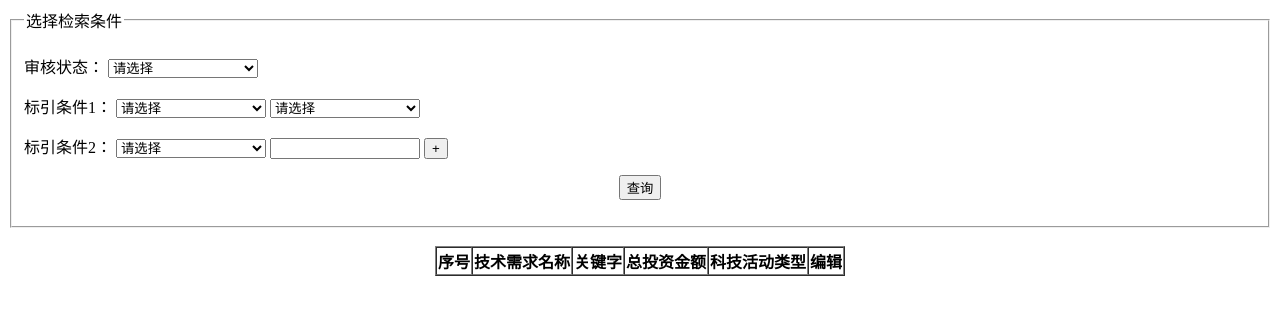
Repository: ZhangZuoxiu/homework
Page: http://localhost/HebeiZhongdaxuqiu/Need/NeedSearch.jsp
An editor plug-in stored every save of this project. The page is shown before and after the next save, followed by the edit.
The browser window is 1280 px wide. The pictures show the whole page.
The page is served by Tomcat 9. Nobody is signed in. The application's start-up code is not run. Other server files are loaded and not shown.

Above is the page before, as saved 2017-05-16 13:00:53.

### HebeiZhongdaxuqiu1/HebeiZhongdaxuqiu/WebRoot/Need/NeedSearch.jsp
<%@ page language="java" import="java.util.*" pageEncoding="UTF-8"%>
<%
String path = request.getContextPath();
String basePath = request.getScheme()+"://"+request.getServerName()+":"+request.getServerPort()+path+"/";
%>

<!DOCTYPE HTML PUBLIC "-//W3C//DTD HTML 4.01 Transitional//EN">
<html>
  <head>
    <base href="<%=basePath%>">

    <title>需求检索页面</title>

	<meta http-equiv="pragma" content="no-cache">
	<meta http-equiv="cache-control" content="no-cache">
	<meta http-equiv="expires" content="0">
	<meta http-equiv="keywords" content="keyword1,keyword2,keyword3">
	<meta http-equiv="description" content="This is my page">
	<!--
	<link rel="stylesheet" type="text/css" href="styles.css">
	-->

  </head>

  <body>
    <div>
<fieldset>
<legend>选择检索条件</legend>
  <p>	审核状态：
    <label for="ExmainState"></label>
    <select name="Zhuangtai" id="Zhuangtai" style="width:150px">
      <option value="">请选择</option>
      <option value="未审核">未审核</option>
      <option value="形式审核通过">形式审核通过</option>
      <option value="形式审核未通过">形式审核未通过</option>
      <option value="部门审核通过">部门审核通过</option>
      <option value="部门审核未通过">部门审核未通过</option>
    </select>
    </p>
  <p>标引条件1：
  <label for="Biaoyin1"></label>
    <select name="Biaoyin1" id="Biaoyin1" style="width:150px" onchange="change()">
      <option value="">请选择</option>
      <option value="I.GKGLBM">归口管理部门</option>
      <option value="I.SZDY">所在地域</option>
      <option value="I.JGSX">机构属性</option>
      <option value="n.JSXQJJFS">技术需求解决方式</option>
      <option value="n.KJHDLX">科技活动类型</option>
      <option value="n.GLCSBM">管理处室</option>
    </select>
    <select name="Tiaojian1" id="Tiaojian1" style="width:150px">
    <option value="">请选择<option>
  	</select>
  </p>
  <p>标引条件2：
    <label for="Biaoyin2"></label>
    <select name="Biaoyin2" id="Biaoyin2" style="width:150px">
      <option value="">请选择</option>
      <option value="I.JGQC">机构全称</option>
      <option value="I.FRDB">法人代表</option>
      <option value="I.LXR">联系人</option>
      <option value="n.JSXQMC">技术需求名称</option>
      <option value="n.GJZ">关键字</option>
      <option value="n.JHZTZ">计划总投资</option>
      <option value="n.XKFL">学科分类</option>
      <option value="n.XQJSSSLY">需求技术所属领域</option>
      <option value="n.XQJSYYHY">需求技术应用行业</option>
    </select>
    <input type="text" name="Tiaojian2" id="Tiaojian2" style="width:150px"/>
    <input type="button" value="+" onclick="tiaojianAdd()"></br>
    <center><input type="button" name="Chaxun" id="Chaxun" value="查询" onclick ="getNeedsbyTiaojian()" style="outline:none" /></center>
  </p>

  </fieldset>

<br>
</div>
<div>
	<table border="1" align="center" cellspacing="0" id="needTable">
	<thead>
	<tr>
		<th>序号</th>
		<th>技术需求名称</th>
		<th>关键字</th>
		<th>总投资金额</th>
		<th>科技活动类型</th>
		<th>编辑</th>
	</tr>
	</thead>
	<tbody></tbody>
	</table>
</div>

<script src="jquery/jquery2.0.0.min.js"></script>
<script type="text/javascript" charset="gbk" src="JS1/NeedSearch.js">
</script>

  </body>
</html>

### HebeiZhongdaxuqiu1/HebeiZhongdaxuqiu/WebRoot/JS1/NeedSearch.js
 function change(){
	  var pro = $("#Biaoyin1");
	  var provalue = pro.find("option:selected").text();
	  var tiaojian = $("#Tiaojian1");
	  tiaojian.empty();//清空城市下拉框
	  tiaojian.append($("<option>请选择</option>"));
	  switch(provalue){
	  case "机构属性":

		  tiaojian.append($("<option>企业</option>"));
		  tiaojian.append($("<option>高等院校</option>"));
		  tiaojian.append($("<option>研究机构</option>"));
		  tiaojian.append($("<option>其他</option>"));
		  break;
     	  case "所在地域":
     		 // tiaojian.append($("<option>请选择</option>"));
			  tiaojian.append($("<option>石家庄市</option>"));
			  tiaojian.append($("<option>唐山市</option>"));
			  tiaojian.append($("<option>秦皇岛市</option>"));
			  tiaojian.append($("<option>邯郸市</option>"));
			  tiaojian.append($("<option>邢台市</option>"));
			  tiaojian.append($("<option>保定市</option>"));
			  tiaojian.append($("<option>张家口市</option>"));
			  tiaojian.append($("<option>承德市</option>"));
			  tiaojian.append($("<option>沧州市</option>"));
			  tiaojian.append($("<option>廊坊市</option>"));
			  tiaojian.append($("<option>衡水市</option>"));
			  tiaojian.append($("<option>定州市</option>"));
			  tiaojian.append($("<option>辛集市</option>"));
			  tiaojian.append($("<option>其他</option>"));
			  break;
     case "归口管理部门":
    	 tiaojian.append($("<option>请选择</option>"));
    	 var dep;

    	 $.getJSON("loadGkglbms", function(data) {
    			$("#Tiaojian1").html("");//Tiaojian1
    			$("#Tiaojian1").append("<option value=''>请选择</option>");
    			$.each(data.gkglbms, function(i, item) {
    				$("#Tiaojian1").append(
    						"<option value='"+ item.department+"'>"+item.department+"</option>");
    			});
    		});

		  break;
     case "技术需求解决方式":
    	//  tiaojian.append($("<option>请选择</option>"));
		  tiaojian.append($("<option>独立研发</option>"));
		  tiaojian.append($("<option>委托研发</option>"));
		  tiaojian.append($("<option>合作研发</option>"));
		  tiaojian.append($("<option>其他</option>"));
		  break;
     case "科技活动类型":
    //	  tiaojian.append($("<option>请选择</option>"));
		  tiaojian.append($("<option>基础研究</option>"));
		  tiaojian.append($("<option>应用研究</option>"));
		  tiaojian.append($("<option>试验发展</option>"));
		  tiaojian.append($("<option>研究与试验发展成果应</option>"));
		  tiaojian.append($("<option>技术推广与科技服务</option>"));
		  tiaojian.append($("<option>生产性活动</option>"));
		  break;
     case "管理处室":
    	//  tiaojian.append($("<option>请选择</option>"));
		  tiaojian.append($("<option>办公室</option>"));
		  tiaojian.append($("<option>人事处</option>"));
		  tiaojian.append($("<option>机关党委</option>"));
		  tiaojian.append($("<option>政策法规处</option>"));
		  tiaojian.append($("<option>计划财务处</option>"));
		  tiaojian.append($("<option>平台与基础处</option>"));
		  tiaojian.append($("<option>国际合作处</option>"));
		  tiaojian.append($("<option>高新技术处</option>"));
		  tiaojian.append($("<option>农村科技处</option>"));
		  tiaojian.append($("<option>社会发展处</option>"));
		  tiaojian.append($("<option>成果与市场处</option>"));
		  tiaojian.append($("<option>监察室</option>"));
		  tiaojian.append($("<option>离退休干部处</option>"));
		  tiaojian.append($("<option>知识产权局</option>"));
		  tiaojian.append($("<option>半干旱中心</option>"));
		  tiaojian.append($("<option>山办</option>"));
		  tiaojian.append($("<option>机关服务中心</option>"));
		  tiaojian.append($("<option>科技研发中心</option>"));
		  tiaojian.append($("<option>科技情报研究院</option>"));
		  tiaojian.append($("<option>器材公司</option>"));
		  tiaojian.append($("<option>基金办</option>"));
		  tiaojian.append($("<option>档案馆</option>"));
		  tiaojian.append($("<option>科技管理信息中心</option>"));
		  tiaojian.append($("<option>科技投资中心</option>"));
		  tiaojian.append($("<option>成果转换中心</option>"));
		  tiaojian.append($("<option>中小企业创新资金管理中心</option>"));
		  tiaojian.append($("<option>对外交流中心</option>"));

		  break;
	  }
  }

 function tiaojianAdd(){

 }



 function getNeedsbyTiaojian(){
	 var Zhuangtai = $("#Zhuangtai").val();
	 var ZhuangtaiTiaojian="";
	 var ZhuangtaiVal ="";
	 if(Zhuangtai=='未审核')
	 {
		 ZhuangtaiTiaojian = "XSSFSH";
		 ZhuangtaiVal = "0";
	 }
	 else if(Zhuangtai=='形式审核通过')
	 {
		 ZhuangtaiTiaojian = "XSSFSH";
		 ZhuangtaiVal = "1";
	 }
	 else if(Zhuangtai=='形式审核未通过')
	 {
		 ZhuangtaiTiaojian = "XSSFSH";
		 ZhuangtaiVal = "2";
	 }
	 else if(Zhuangtai=='部门审核通过')
	 {
		 ZhuangtaiTiaojian = "BMSFSH";
		 ZhuangtaiVal = "1";
	 }
	 else if(Zhuangtai=='部门审核未通过')
	 {
		 ZhuangtaiTiaojian = "BMSFSH";
		 ZhuangtaiVal = "2";
	 }else
	 {
		 ZhuangtaiTiaojian = "";
		 ZhuangtaiVal = "";
	 }

	 alert(ZhuangtaiTiaojian+":"+ZhuangtaiVal);
	 var Biaoyin1 = $("#Biaoyin1").val();
	 var Tiaojian1 = $("#Tiaojian1").val();
	 var Biaoyin2 = $("#Biaoyin2").val();
	 var Tiaojian2 = $("#Tiaojian2").val();
	 $.ajax({
		 type:"post",
		 dataType:"text",
		 url:"getNeedsbyTiaojian",
		 data:{
			 'ZhuangtaiTiaojian': ZhuangtaiTiaojian,
			 'ZhuangtaiVal' :ZhuangtaiVal,
			 'Biaoyin1' : Biaoyin1,
			 'Tiaojian1' : Tiaojian1,
			 'Biaoyin2' : Biaoyin2,
			 'Tiaojian2' : Tiaojian2
		 },
		 success:function(data)
		 {
			 var data1 = eval("("+data+")");
			 $("#needTable tbody").html("");
			 /*alert(data1.needs.);*/
			 $.each(data1.needVoIns, function(i, item) {
			 $("#needTable tbody").append('<tr><td>'+item.WJID+'</td>'
	    				 +'<td>'+item.JSXQMC+'</td>'
	    				 +'<td>'+item.GJZ+'</td>'
	    				 +'<td>'+item.JHZTZ+'</td>'
	    				 +'<td>'+item.KJHDLX+'</td>'
	    				 +'<td><a href="#">查看</a></td></tr>'
	    		 );
			 });
		 }
	 });
 }

Loaded but not shown: HebeiZhongdaxuqiu1/HebeiZhongdaxuqiu/WebRoot/jquery/jquery2.0.0.min.js (library)

After the next save:
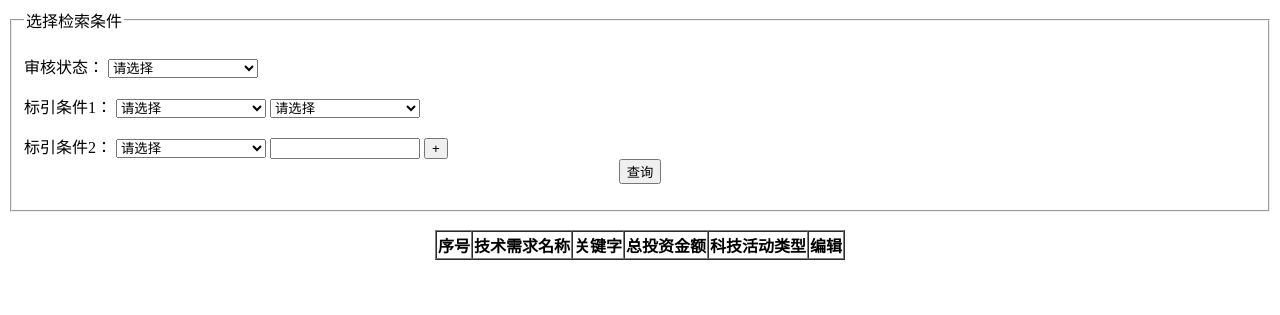
Saved 7 min 41 s later.
--- a/HebeiZhongdaxuqiu1/HebeiZhongdaxuqiu/WebRoot/Need/NeedSearch.jsp
+++ b/HebeiZhongdaxuqiu1/HebeiZhongdaxuqiu/WebRoot/Need/NeedSearch.jsp
@@ -52,7 +52,9 @@ String basePath = request.getScheme()+"://"+request.getServerName()+":"+request.
     <option value="">请选择<option>
   	</select>
   </p>
-  <p>标引条件2：
+  <p>
+  	<div id="t2">
+  	标引条件2：
     <label for="Biaoyin2"></label>
     <select name="Biaoyin2" id="Biaoyin2" style="width:150px">
       <option value="">请选择</option>
@@ -68,6 +70,7 @@ String basePath = request.getScheme()+"://"+request.getServerName()+":"+request.
     </select>
     <input type="text" name="Tiaojian2" id="Tiaojian2" style="width:150px"/>
     <input type="button" value="+" onclick="tiaojianAdd()"></br>
+    </div>
     <center><input type="button" name="Chaxun" id="Chaxun" value="查询" onclick ="getNeedsbyTiaojian()" style="outline:none" /></center>
   </p>
 
